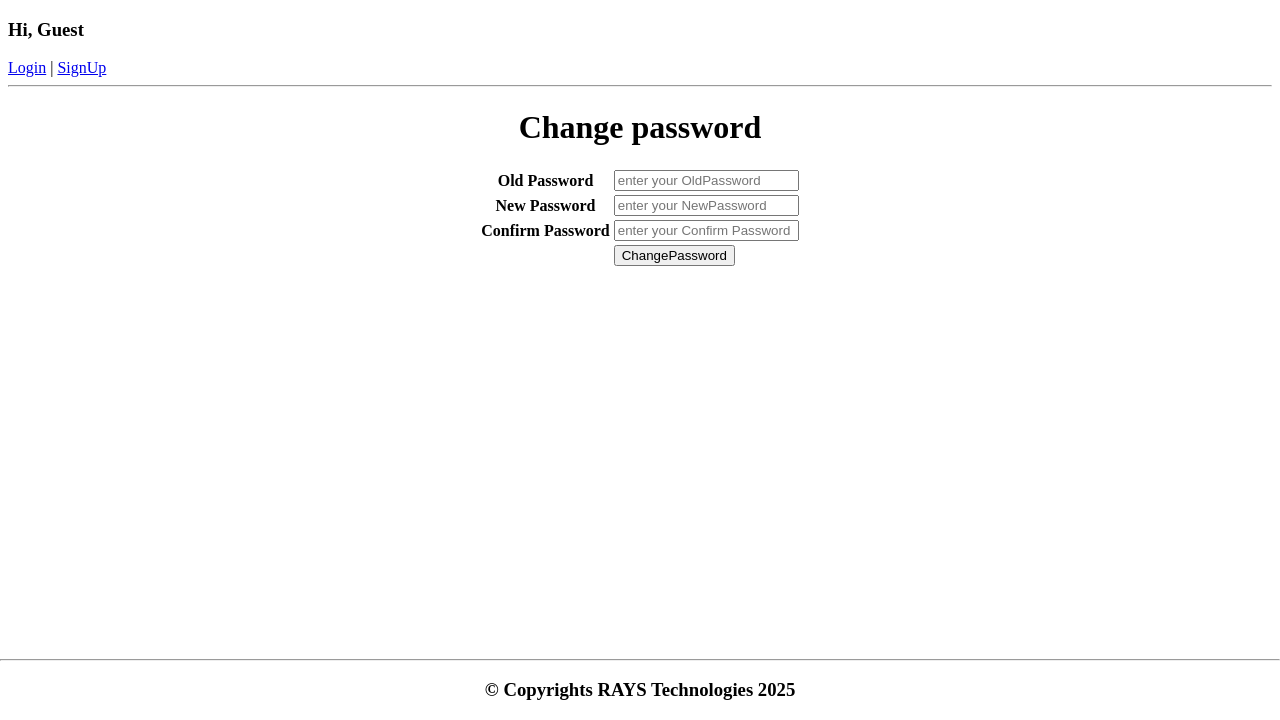
Repository: Deepak9669/JSP-Servlet
Page: http://localhost/Dynamic-Web-Project/ChangePasswordView.jsp
These files come from the project's save history. The page is drawn as it stood at one moment and after the next save; the edit follows.
The browser window is 1280 px wide. The pictures show the whole page.
The page is served by Tomcat 9.

Above is the page before, as saved 2025-10-07 09:45:59.

After the next save:
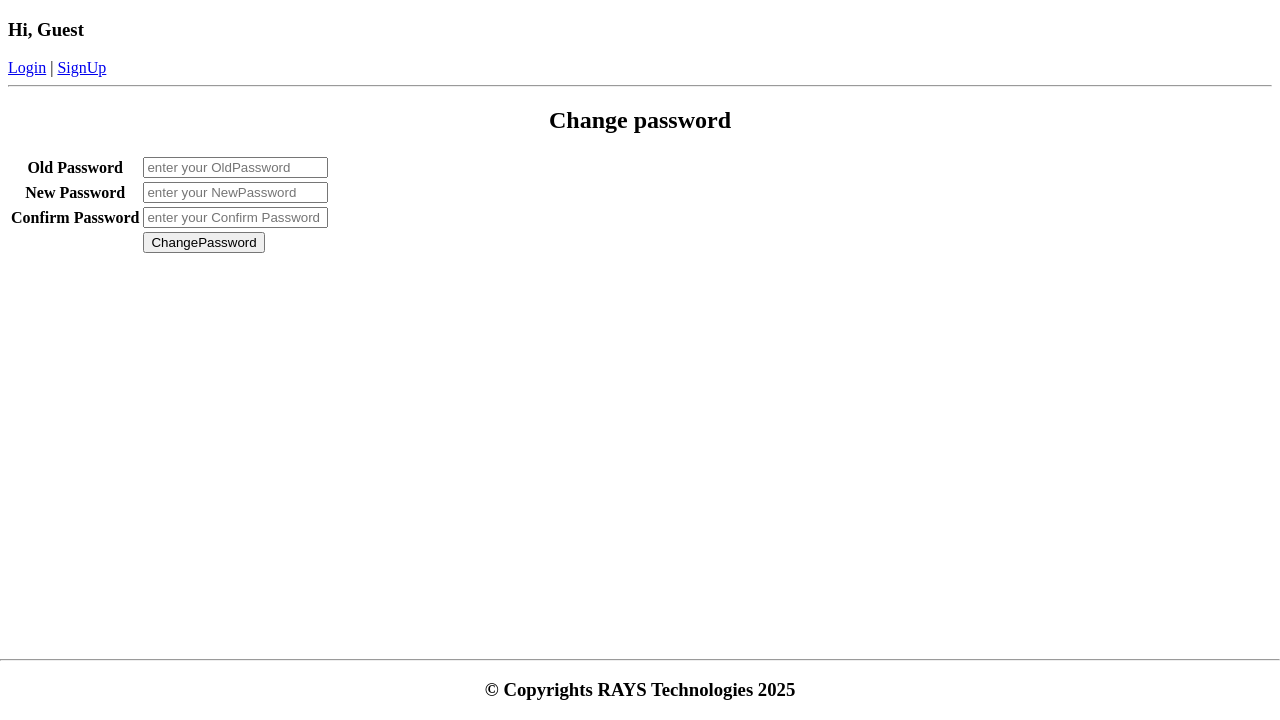
Saved 5 min 24 s later.
--- a/Dynamic-Web-Project/WebContent/ChangePasswordView.jsp
+++ b/Dynamic-Web-Project/WebContent/ChangePasswordView.jsp
@@ -7,18 +7,15 @@
 <title>Insert title here</title>
 </head>
 <body>
-
-	<%@ include file="Header.jsp"%>
-	<div align="center">
-
-		<h1>Change password</h1>
 		<%
 			String errorMsg = (String) request.getAttribute("errorMsg");
 			String sucessMsg = (String) request.getAttribute("sucessMsg");
 		%>
 
 
+	<%@ include file="Header.jsp"%>
 
+	<h2 align="center">Change password</h2>
 
 		<%
 			if (errorMsg != null) {
